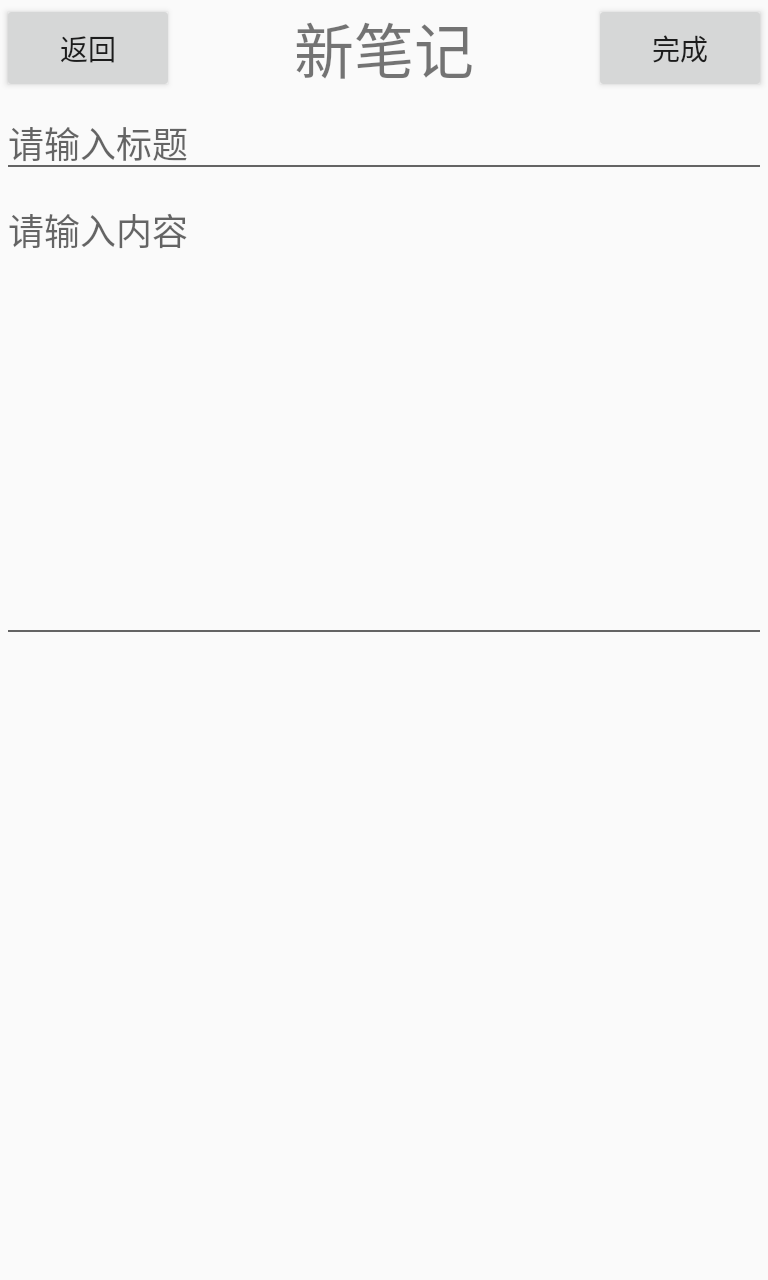
Repository: mxfpaul/Test
Layout: Note/MyNote2/res/layout/newnote.xml
The author's editor kept a copy of each file at every save. The layout is drawn from the files as they stood at one save, then again after the next save.
It is drawn on a 768 x 1280 px phone screen (xhdpi) without system bars, with theme AppTheme; the app's code is not run.

Above is the layout before, as saved 2014-11-22 04:58:00.

### Note/MyNote2/res/layout/newnote.xml
<?xml version="1.0" encoding="utf-8"?>
<LinearLayout xmlns:android="http://schemas.android.com/apk/res/android"
    android:layout_width="match_parent"
    android:layout_height="wrap_content"
    android:orientation="vertical" >

    <LinearLayout
        android:layout_width="match_parent"
        android:layout_height="wrap_content"
        android:orientation="horizontal" >

        <Button
            android:id="@+id/new_button_back"
            android:layout_width="wrap_content"
            android:layout_height="wrap_content"
            android:text="@string/new_button_text1" />

        <TextView
            android:id="@+id/new_textview_all"
            android:layout_width="0dp"
            android:layout_height="wrap_content"
            android:gravity="center"
            android:layout_gravity="center"
            android:layout_weight="1"
            android:text="@string/new_textview_text"
            android:textSize="30sp" />

        <Button
            android:id="@+id/new_button_ok"
            android:layout_width="wrap_content"
            android:layout_height="wrap_content"
            android:text="@string/new_button_text2" />
    </LinearLayout>

	<EditText
        android:id="@+id/new_edittext_title"
        android:layout_width="match_parent"
        android:layout_height="wrap_content"
        android:ems="14"
        android:gravity="top"
        android:hint="@string/new_edittext_text2"
        android:lines="1" />

    <EditText
        android:id="@+id/new_edittext_content"
        android:layout_width="match_parent"
        android:layout_height="wrap_content"
        android:ems="14"
        android:gravity="top"
        android:hint="@string/new_edittext_text1"
        android:lines="10" />

</LinearLayout>

### Note/MyNote2/res/values/strings.xml
<?xml version="1.0" encoding="utf-8"?>
<resources>

    <string name="app_name">MyNote2</string>
    <string name="hello_world">Hello world!</string>
    <string name="action_settings">Settings</string>
    <string name="home_button_text1">设置</string>
    <string name="home_button_text2">新建</string>
    <string name="home_textview_text">全部笔记</string>
    <string name="new_button_text1">返回</string>
    <string name="new_button_text2">完成</string>
    <string name="new_textview_text">新笔记</string>
    <string name="view_button_text1">返回</string>
    <string name="view_button_text2">更改</string>
    <string name="view_textview_text">待录入</string>
    <string name="new_edittext_text1">请输入内容</string>
    <string name="new_edittext_text2">请输入标题</string>

</resources>

Loaded but not shown: Note/MyNote2/res/values/styles.xml (common file); Note/MyNote2/res/values-v11/styles.xml (common file); Note/MyNote2/res/values-v14/styles.xml (common file)

After the next save:
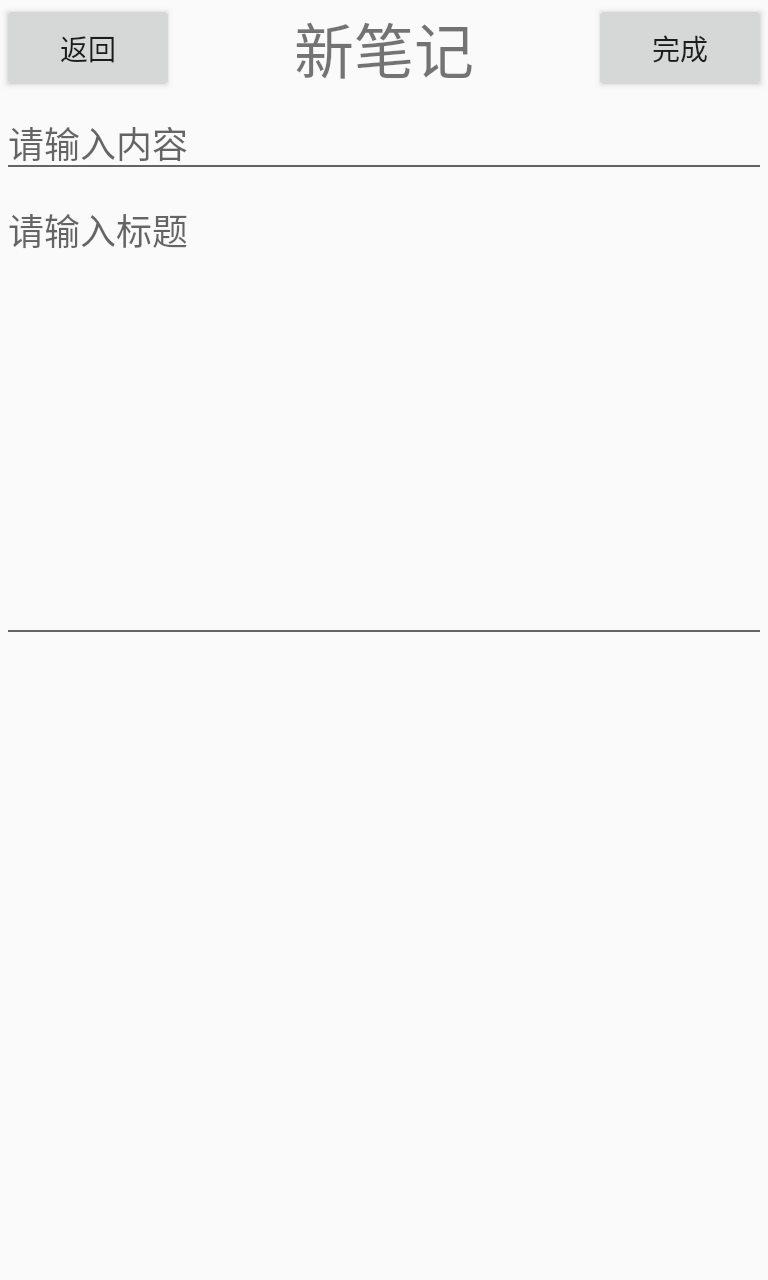
Saved 5 s later.
--- a/Note/MyNote2/res/layout/newnote.xml
+++ b/Note/MyNote2/res/layout/newnote.xml
@@ -38,7 +38,7 @@
         android:layout_height="wrap_content"
         android:ems="14"
         android:gravity="top"
-        android:hint="@string/new_edittext_text2"
+        android:hint="@string/new_edittext_text1"
         android:lines="1" />
 
     <EditText
@@ -47,7 +47,7 @@
         android:layout_height="wrap_content"
         android:ems="14"
         android:gravity="top"
-        android:hint="@string/new_edittext_text1"
+        android:hint="@string/new_edittext_text2"
         android:lines="10" />
 
 </LinearLayout>

After the 3 saves that followed:
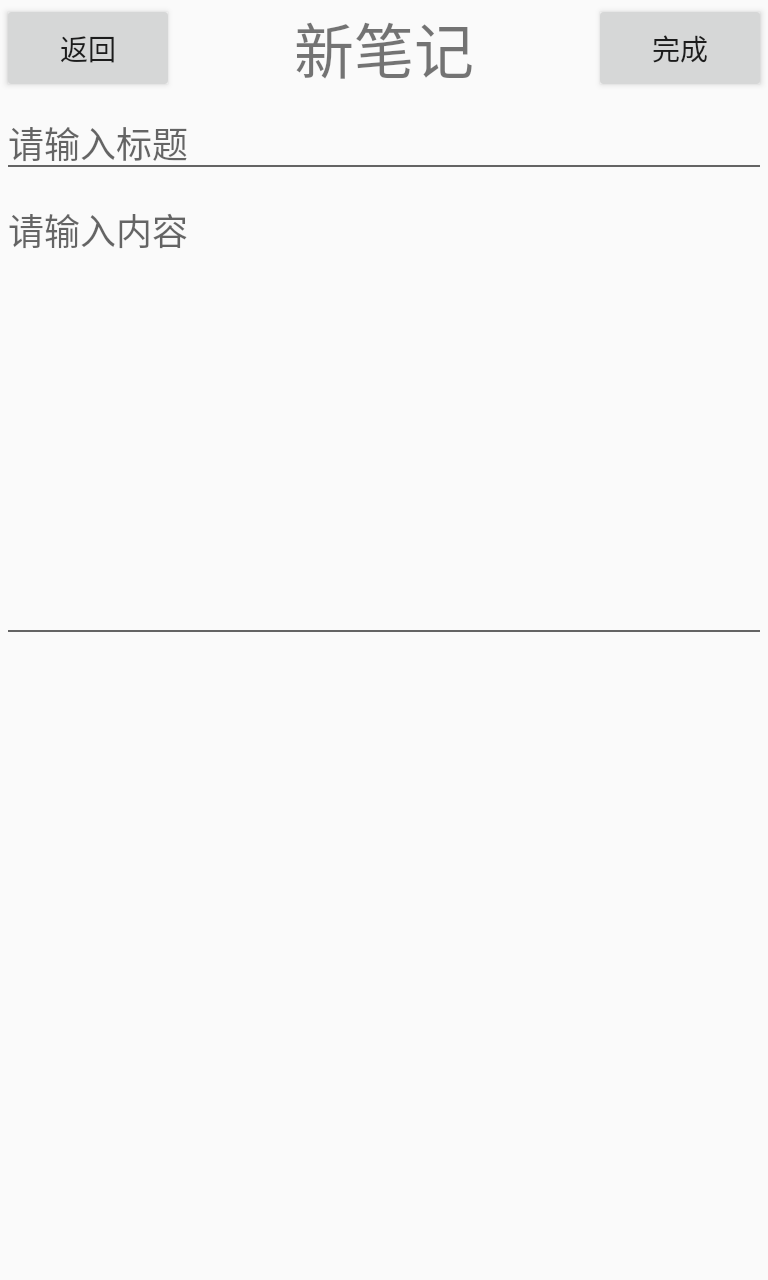
The 3 saves are shown as one change because they came seconds apart.
The last was saved 11 s later.
--- a/Note/MyNote2/res/values/strings.xml
+++ b/Note/MyNote2/res/values/strings.xml
@@ -13,7 +13,7 @@
     <string name="view_button_text1">返回</string>
     <string name="view_button_text2">更改</string>
     <string name="view_textview_text">待录入</string>
-    <string name="new_edittext_text1">请输入内容</string>
-    <string name="new_edittext_text2">请输入标题</string>
+    <string name="new_edittext_text2">请输入内容</string>
+    <string name="new_edittext_text1">请输入标题</string>
 
 </resources>
